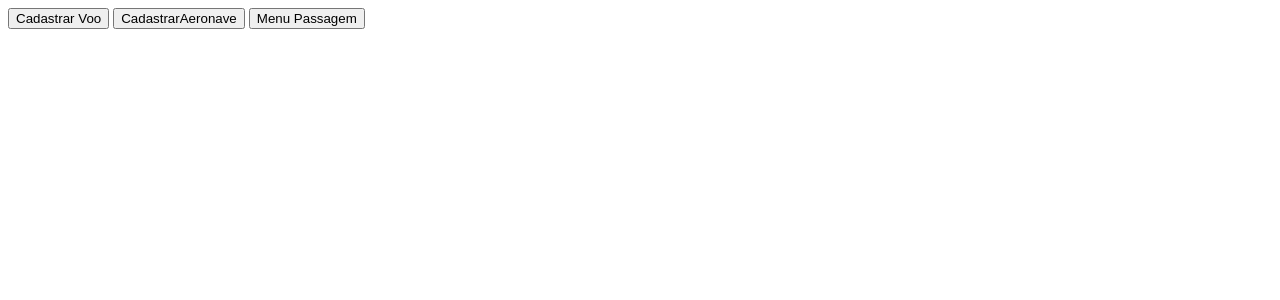
Repository: leal554/ProjetoVendaPassagemAereaWEB
Page: http://localhost/ProjetoVendaPassagemAereaWEB/Menu.jsp
The author's editor kept a copy of each file at every save. The page is drawn from the files as they stood at one save, then again after the next save.
The browser window is 1280 px wide. The pictures show the whole page.
The page is served by Tomcat 9.

Above is the page before, as saved 2015-10-15 22:44:33.

After the next save:
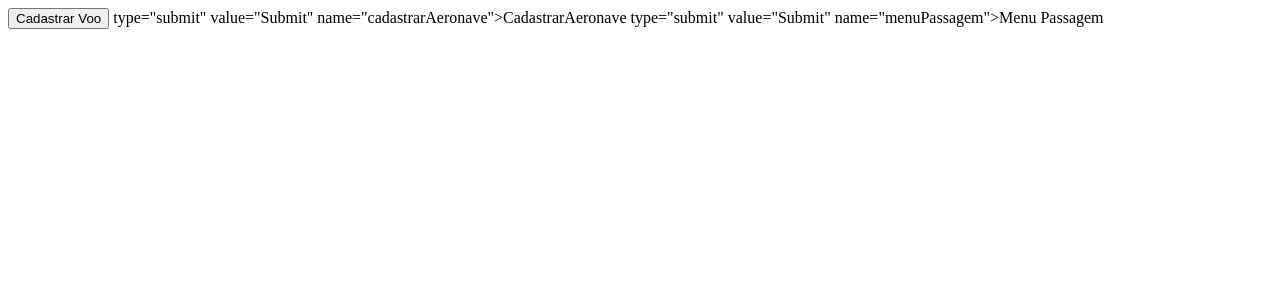
Saved 19 s later.
--- a/ProjetoVendaPassagemAereaWEB/WebContent/Menu.jsp
+++ b/ProjetoVendaPassagemAereaWEB/WebContent/Menu.jsp
@@ -8,7 +8,7 @@
 </head>
 <body>
 	<button type="submit" value="Submit" name="cadastrarVoo">Cadastrar Voo</button>
-	<button type="submit" value="Submit" name="cadastrarAeronave">CadastrarAeronave</button>
-	<button type="submit" value="Submit" name="menuPassagem">Menu Passagem</button>
+	 type="submit" value="Submit" name="cadastrarAeronave">CadastrarAeronave
+	type="submit" value="Submit" name="menuPassagem">Menu Passagem</button>
 </body>
 </html>

After the save that followed:
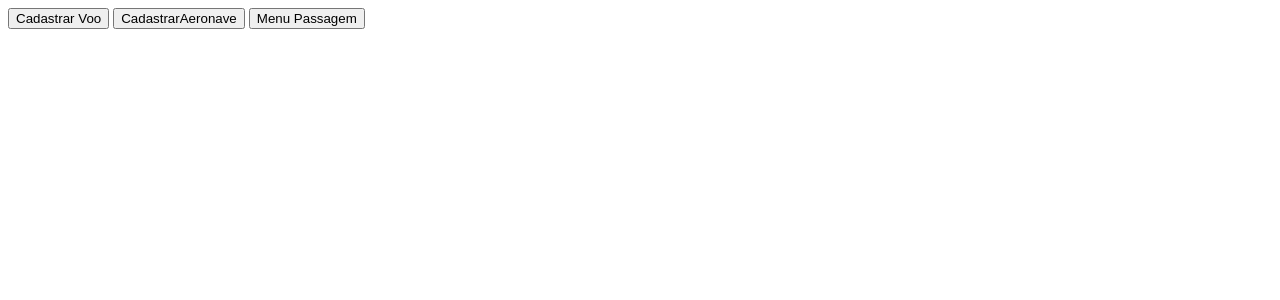
Saved 12 s later.
--- a/ProjetoVendaPassagemAereaWEB/WebContent/Menu.jsp
+++ b/ProjetoVendaPassagemAereaWEB/WebContent/Menu.jsp
@@ -8,7 +8,7 @@
 </head>
 <body>
 	<button type="submit" value="Submit" name="cadastrarVoo">Cadastrar Voo</button>
-	 type="submit" value="Submit" name="cadastrarAeronave">CadastrarAeronave
-	type="submit" value="Submit" name="menuPassagem">Menu Passagem</button>
+	<button type="submit" value="Submit" name="cadastrarAeronave">CadastrarAeronave</button>
+	<button type="submit" value="Submit" name="MenuPassagem">Menu Passagem</button>
 </body>
 </html>
